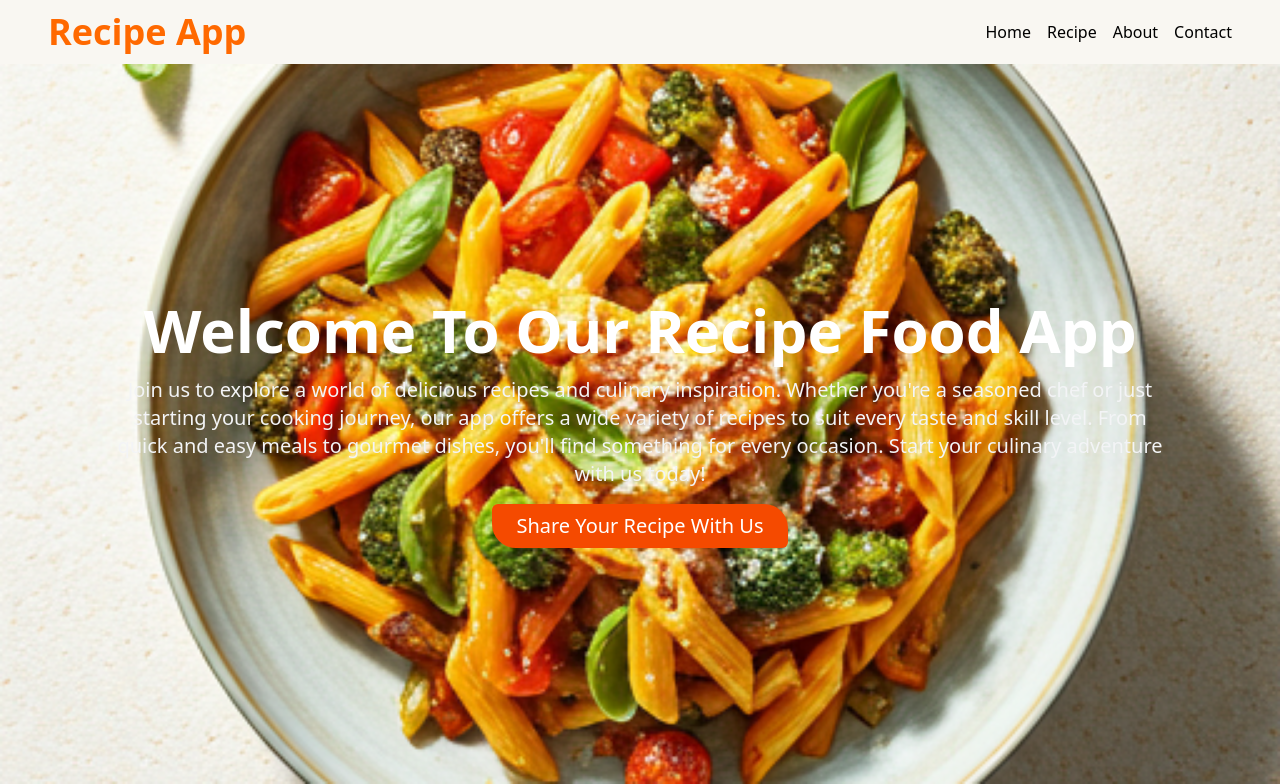
Repository: Eslam0Mohamed/mern-recipe-app
Page: / (app in FrontEnd/)
An editor plug-in stored every save of this project. The page is shown before and after the next save, followed by the edit.
The browser window is 1280 px wide. The pictures show the whole page.
The project was rebuilt for these pictures with package versions that can differ from the ones it lists, and the page was loaded fresh each time. Also part of the build but not shown: FrontEnd/vite.config.js.

Above is the page before, as saved 2026-05-07 18:43:48.

After the next save:
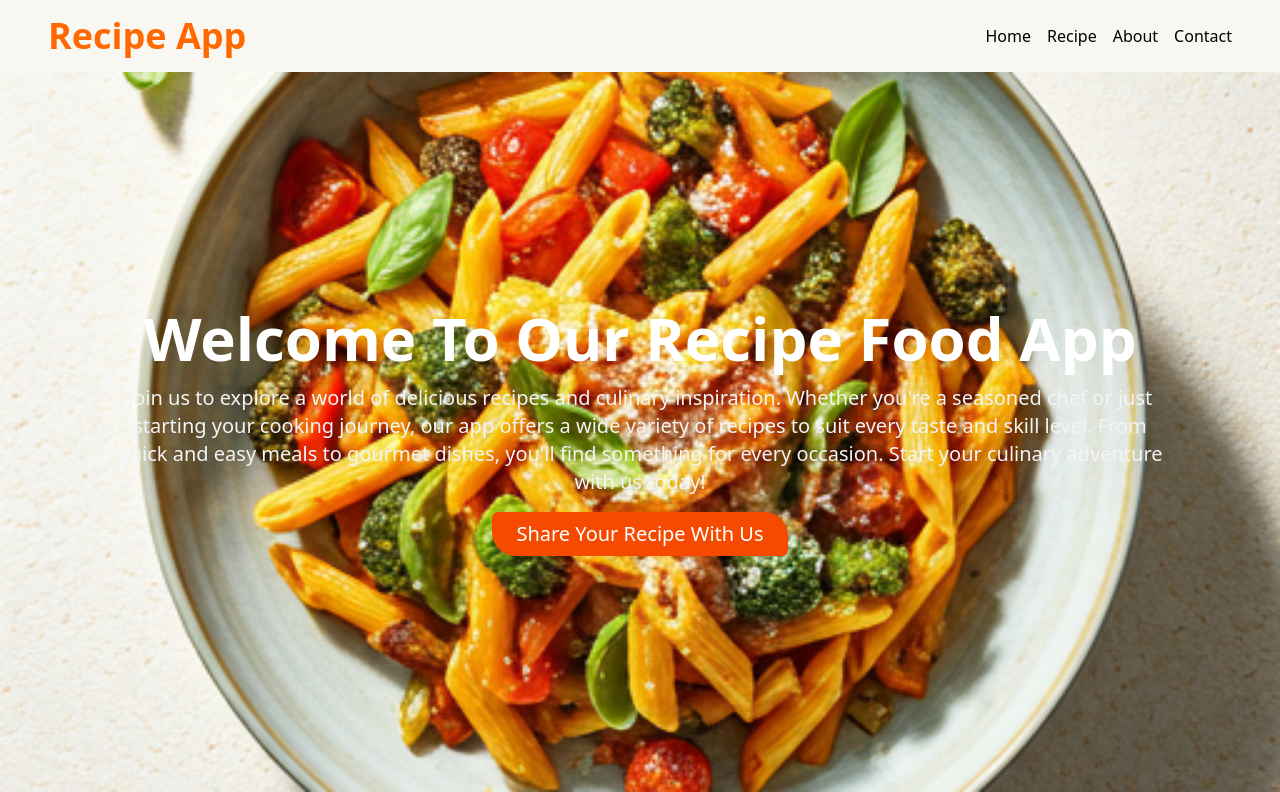
Saved 30 s later.
--- a/FrontEnd/src/components/Navbar.jsx
+++ b/FrontEnd/src/components/Navbar.jsx
@@ -3,7 +3,7 @@ import React from 'react'
 const Navbar = () => {
     return (
         <header className='bg-[#F9F7F2]'>
-            <nav className='px-12 py-3 flex justify-between items-center '>
+            <nav className='px-12 py-4 flex justify-between items-center '>
                 <div className="logo text-4xl text-orange-500 font-extrabold ">
                     Recipe App
                 </div>
